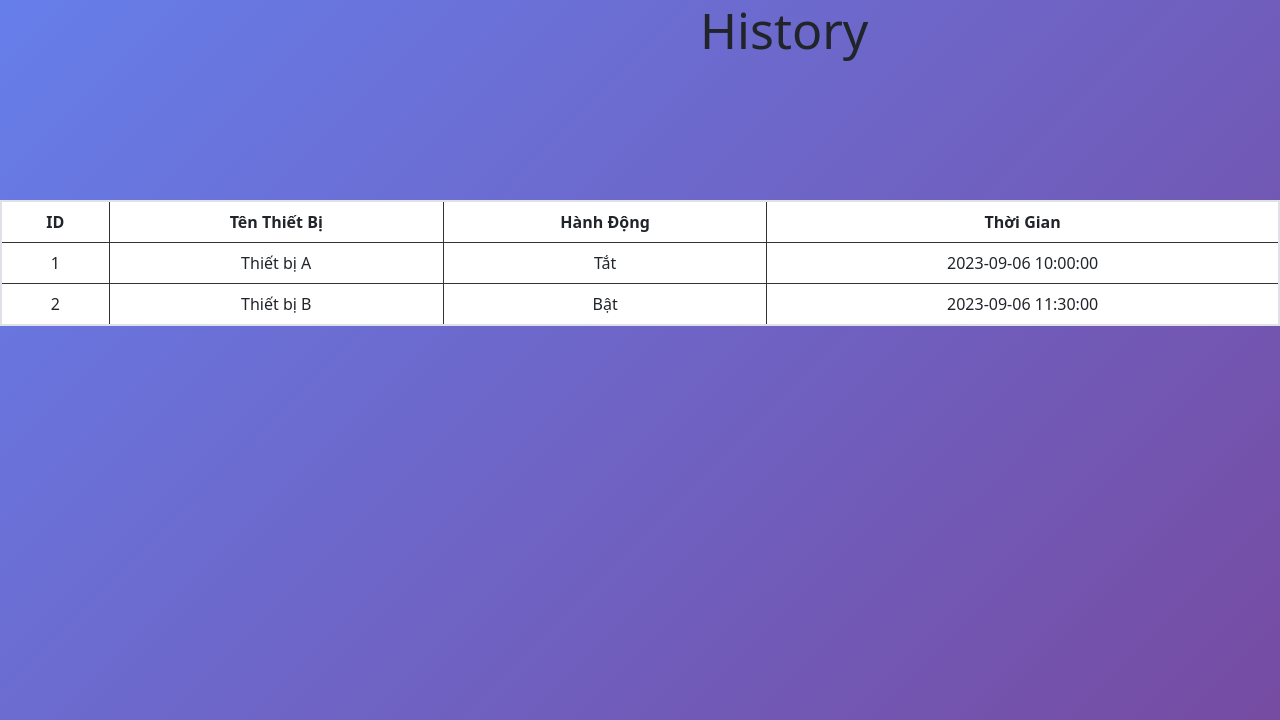
Repository: ndmq03102002/BTL_IOT
Page: Fontend_IOT/iot/history.html
These files come from the project's save history. The page is drawn as it stood at one moment and after the next save; the edit follows.
The browser window is 1280 px wide. The pictures show the whole page.

Above is the page before, as saved 2023-09-08 06:21:17.

### Fontend_IOT/iot/history.html
<!DOCTYPE html>
<html lang="en">
  <head>
    <meta charset="UTF-8" />
    <meta name="viewport" content="width=device-width, initial-scale=1.0" />
    <title>Document</title>
    <link rel="stylesheet" href="bootstrap/css/bootstrap.css" />
    <style>
      body {
        position: relative;
        background: linear-gradient(135deg, #667eea, #764ba2);
        height: 100vh;
      }
      form {
        position: absolute;
        top: 100px;
        left: 600px;
      }
      input {
        width: 50px;
        border: 2px solid #75e4b0ed;
        padding-left: 100px;
        margin-right: 20px;
      }
      table {
        position: absolute;
        width: 100%;
        top: 200px;
        border-collapse: collapse;
        border: 2px solid #333;
        background-color: white;
      }
      th,
      td {
        border: 1px solid #333;
        padding: 8px;
        text-align: center;
      }
      label {
        color: rgb(13 10 0);
      }
    </style>
  </head>
  <body>
    <h1 style="margin-left: 700px; font-size: 50px">History</h1>

    <table class="table table-hover">
      <thead>
        <tr>
            <th>ID</th>
            <th>Tên Thiết Bị</th>
            <th>Hành Động</th>
            <th>Thời Gian</th>
        </tr>
    </thead>
    <tbody>
        <tr>
            <td>1</td>
            <td>Thiết bị A</td>
            <td>Tắt</td>
            <td>2023-09-06 10:00:00</td>
        </tr>
        <tr>
            <td>2</td>
            <td>Thiết bị B</td>
            <td>Bật</td>
            <td>2023-09-06 11:30:00</td>
        </tr>
    </tbody>
    </table>
  </body>

</html>

Loaded but not shown: Fontend_IOT/iot/bootstrap/css/bootstrap.css (library)

After the next save:
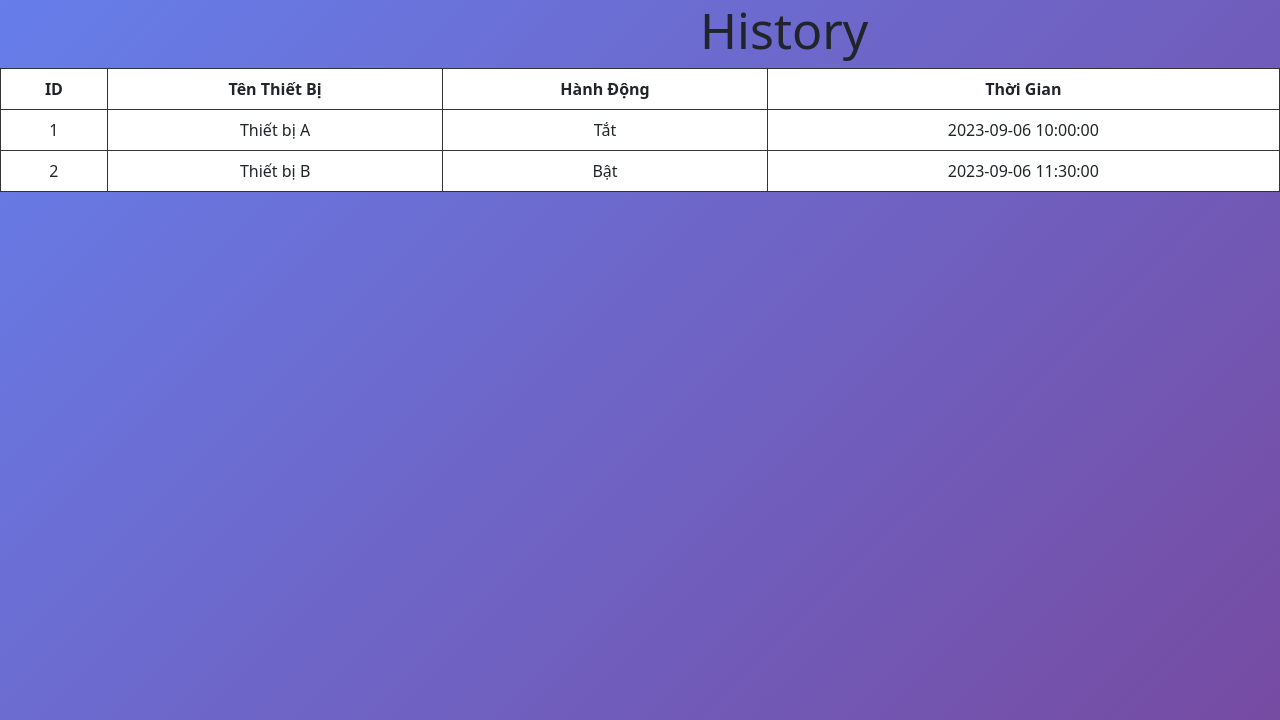
Saved 2 min 40 s later.
--- a/Fontend_IOT/iot/history.html
+++ b/Fontend_IOT/iot/history.html
@@ -22,14 +22,14 @@
         padding-left: 100px;
         margin-right: 20px;
       }
-      table {
+      /* table {
         position: absolute;
         width: 100%;
         top: 200px;
         border-collapse: collapse;
         border: 2px solid #333;
         background-color: white;
-      }
+      } */
       th,
       td {
         border: 1px solid #333;
